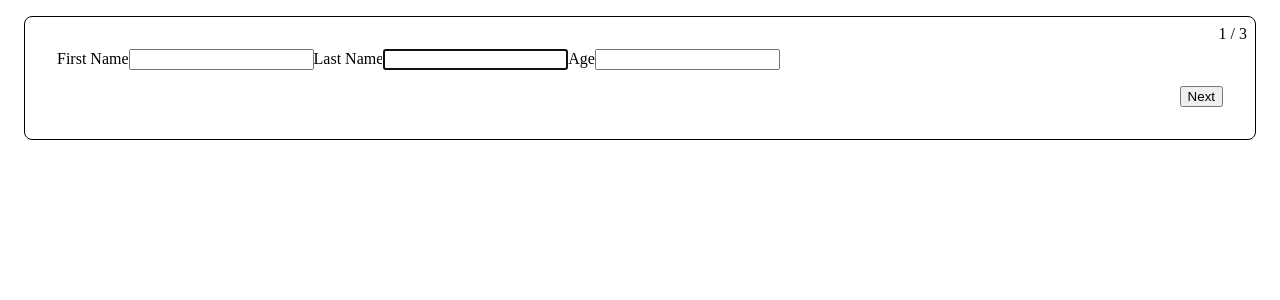
Repository: mohamediyas/reactMultiForm
Page: /
An editor plug-in stored every save of this project. The page is shown before and after the next save, followed by the edit.
The browser window is 1280 px wide. The pictures show the whole page.
The project was rebuilt for these pictures with package versions that can differ from the ones it lists, and the page was loaded fresh each time. Also part of the build but not shown: vite.config.ts, src/AccountForm.tsx, src/AddressForm.tsx.

Above is the page before, as saved 2022-10-08 20:11:12.

After the next save:
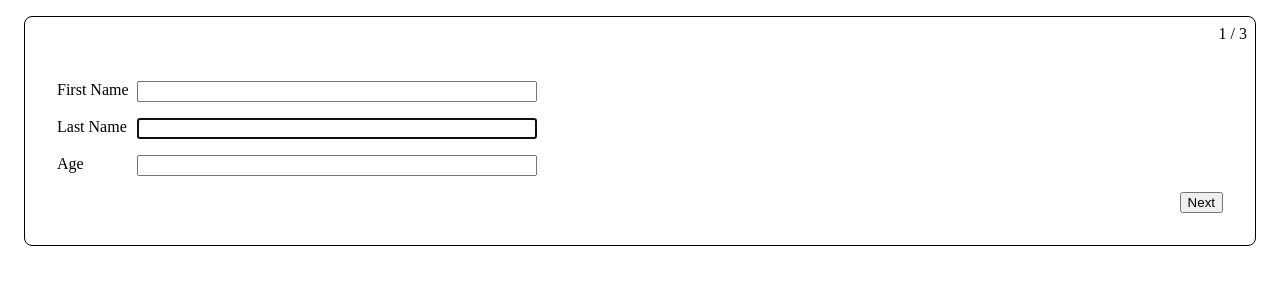
Saved 81 s later.
--- a/src/userForm.tsx
+++ b/src/userForm.tsx
@@ -1,12 +1,14 @@
+import { FormWrapper } from "./FormWrapper";
+
 export function UserForm() {
   return (
-    <>
+    <FormWrapper>
       <label>First Name</label>
       <input autoFocus required type={"text"} />
       <label>Last Name</label>
       <input autoFocus required type={"text"} />
       <label>Age</label>
       <input min={1} required type={"number"} />
-    </>
+    </FormWrapper>
   );
 }
